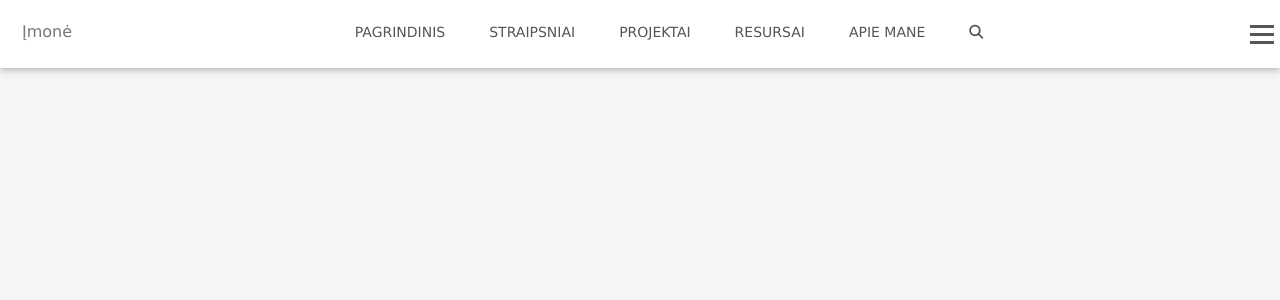
Repository: motiejus1/14-paskaita-05.31
Page: index.html
An editor plug-in stored every save of this project. The page is shown before and after a run of saves, followed by the edit.
The browser window is 1280 px wide. The pictures show the whole page.
Some web libraries are served in a nearby version.

Above is the page before, as saved 2021-06-23 19:47:25.

After the next 5 saves:
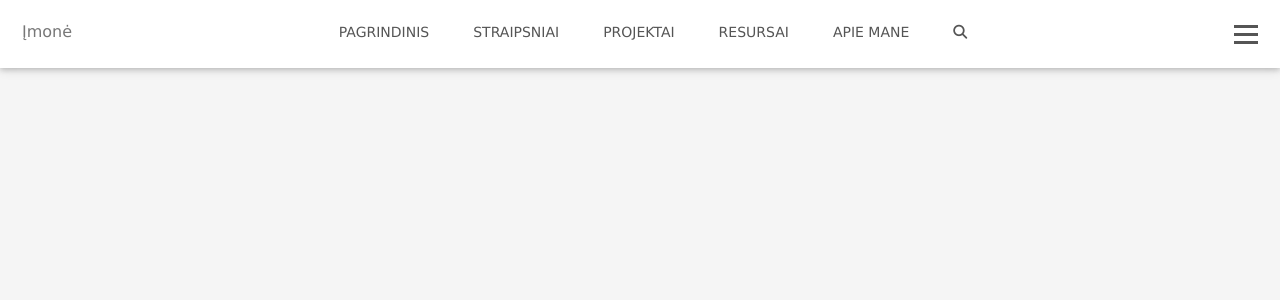
The 5 saves are shown as one change because they came seconds apart.
The last was saved 31 s later.
--- a/index.html
+++ b/index.html
@@ -108,6 +108,7 @@
             border: 0;
             background-color: transparent;
             cursor: pointer;
+            padding: 1.375rem;
         }
 
 
